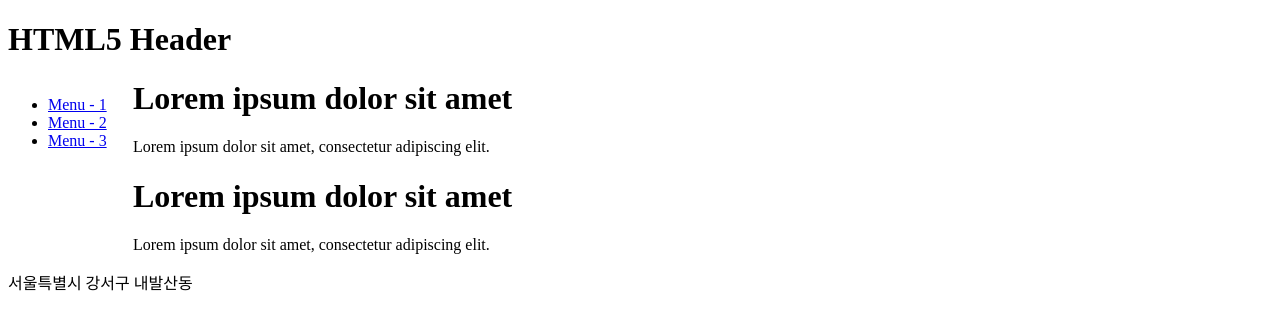
Repository: soso1525/bitcamp
Page: workspace/java-web/src/main/webapp/ch2/2-53.html
An editor plug-in stored every save of this project. The page is shown before and after the next save, followed by the edit.
The browser window is 1280 px wide. The pictures show the whole page.

Above is the page before, as saved 2017-12-12 08:10:01.

### workspace/java-web/src/main/webapp/ch2/2-53.html
<!DOCTYPE html>
<html>
<head>
    <title>HTML5 Basic</title>
    <style>
        div {
        }

        #sidebar {
            width: 120px;
            float: left;
        }

        #content {
            margin-left: 125px;
        }

    </style>
</head>
<body>
    <div id="header">
        <h1>HTML5 Header</h1>
    </div>
    <div id="sidebar">
        <ul>
            <li><a href="#">Menu - 1</a></li>
            <li><a href="#">Menu - 2</a></li>
            <li><a href="#">Menu - 3</a></li>
        </ul>
    </div>
    <div id="content">
        <div>
            <h1>Lorem ipsum dolor sit amet</h1>
            <p>Lorem ipsum dolor sit amet, consectetur adipiscing elit.</p>
        </div>
        <div>
            <h1>Lorem ipsum dolor sit amet</h1>
            <p>Lorem ipsum dolor sit amet, consectetur adipiscing elit.</p>
        </div>
    </div>
    <div id="footer">
        <span>서울특별시 강서구 내발산동</span>
    </div>
</body>
</html>

After the next save:
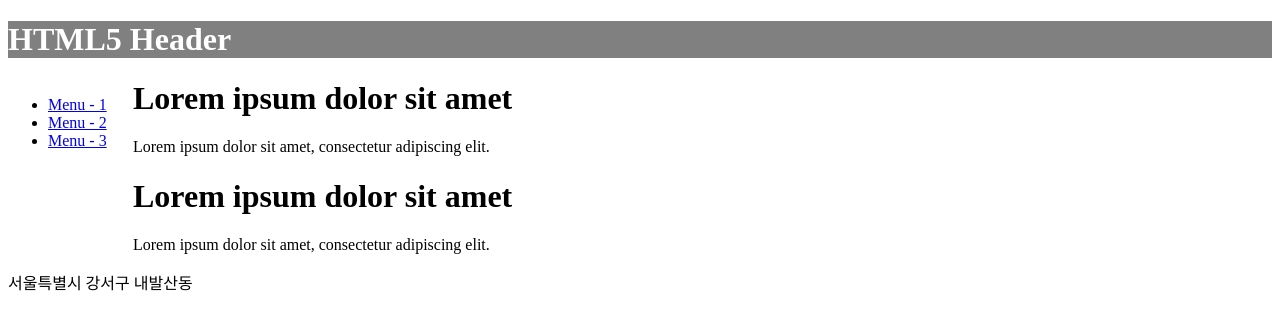
Saved 13 s later.
--- a/workspace/java-web/src/main/webapp/ch2/2-53.html
+++ b/workspace/java-web/src/main/webapp/ch2/2-53.html
@@ -13,6 +13,11 @@
 
         #content {
             margin-left: 125px;
+        }
+
+        #header {
+            background-color: gray;
+            color: white;
         }
 
     </style>
